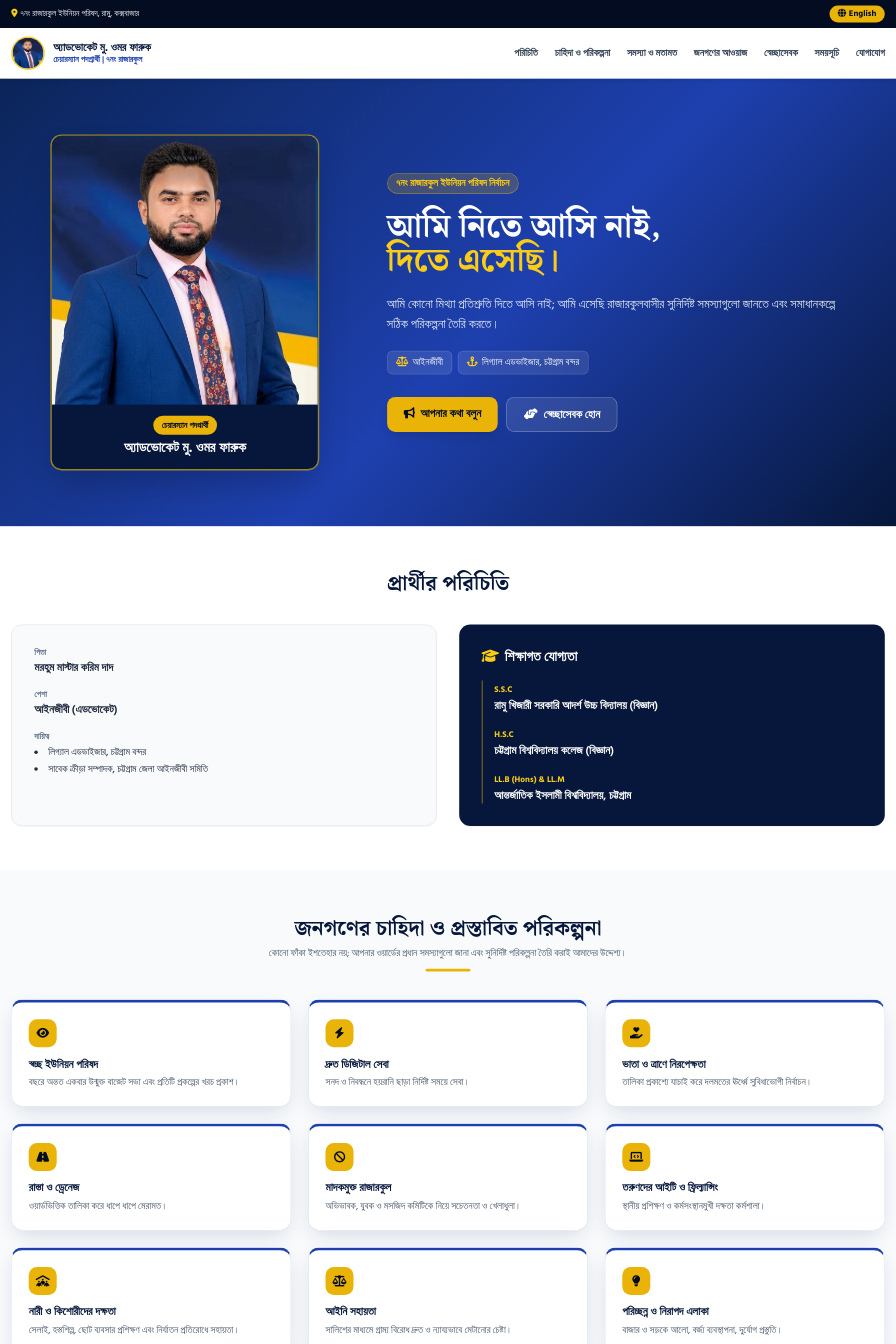
Repository: Saiful21Islam/Chairman-Candidate-Advocate-Md.-Omar-Faruk
Page: index.html
The author's editor kept a copy of each file at every save. The page is drawn from the files as they stood at one save, then again after the next save.
The browser window is 1280 px wide. The pictures show the part of the page from y = 0 to 1920 px (the page is 4353 px tall), at 70% of full size.
Some web libraries are served in a nearby version.

Above is the page before, as saved 2026-10-06 22:49:08.

### index.html
<!DOCTYPE html>
<html lang="bn" class="scroll-smooth">
<head>
  <meta charset="UTF-8">
  <meta name="viewport" content="width=device-width, initial-scale=1.0">
  <title>অ্যাডভোকেট মু. ওমর ফারুক | ৭নং রাজারকুল ইউনিয়ন পরিষদ</title>

  <!-- Tailwind CSS CDN -->
  <script src="https://cdn.tailwindcss.com"></script>
  <!-- Google Fonts -->
  <link href="https://fonts.googleapis.com/css2?family=Hind+Siliguri:wght@400;500;600;700&family=Noto+Serif+Bengali:wght@700;800&display=swap" rel="stylesheet">
  <!-- FontAwesome Icons -->
  <link rel="stylesheet" href="https://cdnjs.cloudflare.com/ajax/libs/font-awesome/6.4.0/css/all.min.css">

  <!-- Custom Style Sheet -->
  <link rel="stylesheet" href="style.css">

  <script>
    tailwind.config = {
      theme: {
        extend: {
          colors: {
            navy: { 800: '#0b2559', 900: '#06173b', 950: '#030c21' },
            royal: { 50: '#eff4ff', 100: '#dbe6ff', 600: '#1e40af', 700: '#1e3a8a' },
            gold: { 400: '#facc15', 500: '#eab308' }
          },
          fontFamily: {
            sans: ['Hind Siliguri', 'sans-serif'],
            serif: ['Noto Serif Bengali', 'serif']
          }
        }
      }
    }
  </script>
</head>
<body class="font-sans text-slate-800 antialiased bg-slate-50">

  <!-- Top Bar -->
  <div class="bg-navy-950 text-white text-xs py-2 px-4">
    <div class="max-w-7xl mx-auto flex justify-between items-center">
      <span><i class="fa-solid fa-location-dot text-gold-400 mr-1"></i><span data-bn="৭নং রাজারকুল ইউনিয়ন পরিষদ, রামু, কক্সবাজার" data-en="7 No. Rajarkul Union Parishad, Ramu, Cox's Bazar"></span></span>
      <button onclick="toggleLang()" class="bg-gold-500 hover:bg-gold-400 text-navy-950 font-bold px-3 py-1 rounded-full transition"><i class="fa-solid fa-globe mr-1"></i><span id="langLabel">English</span></button>
    </div>
  </div>

  <!-- Navigation Bar -->
  <header class="sticky top-0 z-40 bg-white/95 backdrop-blur shadow-md">
    <div class="container mx-auto px-4 py-3 flex justify-between items-center">
      <a href="#home" class="flex items-center gap-3">
        <img src="./image/profile.jpeg" alt="অ্যাডভোকেট মু. ওমর ফারুক" class="w-12 h-12 rounded-full object-cover object-top border-2 border-gold-400" onerror="this.src='https://via.placeholder.com/150'">
        <div>
          <p class="font-bold text-navy-900 leading-tight" data-bn="অ্যাডভোকেট মু. ওমর ফারুক" data-en="Advocate Md. Omar Faruk"></p>
          <p class="text-xs font-semibold text-royal-600" data-bn="চেয়ারম্যান পদপ্রার্থী | ৭নং রাজারকুল" data-en="Chairman Candidate | 7 No. Rajarkul"></p>
        </div>
      </a>
      <nav class="hidden lg:flex gap-6 text-sm font-semibold text-slate-700">
        <a href="#about" class="hover:text-royal-600" data-bn="পরিচিতি" data-en="About"></a>
        <a href="#manifesto" class="hover:text-royal-600" data-bn="চাহিদা ও পরিকল্পনা" data-en="Demands & Plan"></a>
        <a href="#citizen-portal" class="hover:text-royal-600" data-bn="সমস্যা ও মতামত" data-en="Your Voice"></a>
        <a href="#feed" class="hover:text-royal-600" data-bn="জনগণের আওয়াজ" data-en="Public Wall"></a>
        <a href="#volunteer" class="hover:text-royal-600" data-bn="স্বেচ্ছাসেবক" data-en="Volunteer"></a>
        <a href="#schedule" class="hover:text-royal-600" data-bn="সময়সূচি" data-en="Schedule"></a>
        <a href="#contact" class="hover:text-royal-600" data-bn="যোগাযোগ" data-en="Contact"></a>
      </nav>
      <button onclick="document.getElementById('mm').classList.toggle('hidden')" class="lg:hidden text-2xl" aria-label="Menu"><i class="fa-solid fa-bars"></i></button>
    </div>
    <div id="mm" class="hidden lg:hidden px-4 pb-4 space-y-2 font-semibold text-sm border-t bg-white" onclick="this.classList.add('hidden')">
      <a class="block pt-2" href="#about" data-bn="পরিচিতি" data-en="About"></a>
      <a class="block" href="#manifesto" data-bn="চাহিদা ও পরিকল্পনা" data-en="Demands & Plan"></a>
      <a class="block" href="#citizen-portal" data-bn="সমস্যা ও মতামত" data-en="Your Voice"></a>
      <a class="block" href="#feed" data-bn="জনগণের আওয়াজ" data-en="Public Wall"></a>
      <a class="block" href="#volunteer" data-bn="স্বেচ্ছাসেবক" data-en="Volunteer"></a>
      <a class="block" href="#schedule" data-bn="সময়সূচি" data-en="Schedule"></a>
      <a class="block" href="#contact" data-bn="যোগাযোগ" data-en="Contact"></a>
    </div>
  </header>

  <!-- HERO SECTION -->
  <section id="home" class="hero-bg text-white py-12 lg:py-20">
    <div class="container mx-auto px-4 grid lg:grid-cols-12 gap-10 items-center">
      <div class="lg:col-span-5 flex justify-center order-2 lg:order-1">
        <div class="w-full max-w-sm bg-navy-900 border-2 border-gold-400/60 rounded-2xl overflow-hidden shadow-2xl">
          <img src="./image/profile.jpeg" alt="অ্যাডভোকেট মু. ওমর ফারুক" class="w-full h-96 object-cover object-top" onerror="this.src='https://via.placeholder.com/400x500'">
          <div class="p-4 text-center">
            <span class="bg-gold-500 text-navy-950 text-xs font-bold px-3 py-1 rounded-full" data-bn="চেয়ারম্যান পদপ্রার্থী" data-en="Chairman Candidate"></span>
            <p class="text-xl font-bold pt-2" data-bn="অ্যাডভোকেট মু. ওমর ফারুক" data-en="Advocate Md. Omar Faruk"></p>
          </div>
        </div>
      </div>

      <div class="lg:col-span-7 space-y-6 text-center lg:text-left order-1 lg:order-2">
        <span class="inline-block bg-gold-500/20 text-gold-400 border border-gold-400/40 px-3 py-1 rounded-full text-sm font-semibold" data-bn="৭নং রাজারকুল ইউনিয়ন পরিষদ নির্বাচন" data-en="7 No. Rajarkul Union Parishad Election"></span>
        <h1 class="font-serif text-3xl sm:text-5xl font-extrabold leading-tight">
          <span data-bn="আমি নিতে আসি নাই," data-en="I haven't come to take,"></span><br>
          <span class="text-gold-400" data-bn="দিতে এসেছি।" data-en="I have come to give."></span>
        </h1>
        <p class="text-slate-200 max-w-2xl mx-auto lg:mx-0 text-base sm:text-lg leading-relaxed" data-bn="আমি কোনো মিথ্যা প্রতিশ্রুতি দিতে আসি নাই; আমি এসেছি রাজারকুলবাসীর সুনির্দিষ্ট সমস্যাগুলো জানতে এবং সমাধানকল্পে সঠিক পরিকল্পনা তৈরি করতে।" data-en="I am not here to give fake promises; I am here to understand the specific problems of Rajarkul and build a proper execution plan."></p>

        <div class="flex flex-wrap justify-center lg:justify-start gap-2 text-sm">
          <span class="bg-white/10 px-3 py-1.5 rounded-lg border border-white/15"><i class="fa-solid fa-scale-balanced text-gold-400 mr-1.5"></i><span data-bn="আইনজীবী" data-en="Advocate"></span></span>
          <span class="bg-white/10 px-3 py-1.5 rounded-lg border border-white/15"><i class="fa-solid fa-anchor text-gold-400 mr-1.5"></i><span data-bn="লিগ্যাল এডভাইজার, চট্টগ্রাম বন্দর" data-en="Legal Advisor, Chittagong Port"></span></span>
        </div>

        <div class="flex flex-wrap justify-center lg:justify-start gap-3 pt-2">
          <a href="#citizen-portal" class="bg-gold-500 hover:bg-gold-400 text-navy-950 font-bold px-6 py-3 rounded-xl shadow-lg transition"><i class="fa-solid fa-bullhorn mr-2"></i><span data-bn="আপনার কথা বলুন" data-en="Have Your Say"></span></a>
          <a href="#volunteer" class="bg-white/10 hover:bg-white/20 border border-white/30 font-semibold px-6 py-3 rounded-xl transition"><i class="fa-solid fa-hands-helping mr-2"></i><span data-bn="স্বেচ্ছাসেবক হোন" data-en="Volunteer"></span></a>
        </div>
      </div>
    </div>
  </section>

  <!-- ABOUT SECTION -->
  <section id="about" class="py-16 bg-white">
    <div class="container mx-auto px-4">
      <h2 class="text-center font-serif text-3xl font-extrabold text-navy-900 mb-10" data-bn="প্রার্থীর পরিচিতি" data-en="About the Candidate"></h2>
      <div class="grid lg:grid-cols-2 gap-8">
        <div class="bg-slate-50 border border-slate-200 rounded-2xl p-6 sm:p-8 shadow-sm space-y-5 text-sm">
          <div><span class="block text-xs font-bold text-slate-500" data-bn="পিতা" data-en="Father"></span><span class="font-semibold text-base" data-bn="মরহুম মাস্টার করিম দাদ" data-en="Late Master Karim Dad"></span></div>
          <div><span class="block text-xs font-bold text-slate-500" data-bn="পেশা" data-en="Profession"></span><span class="font-semibold text-base" data-bn="আইনজীবী (এডভোকেট)" data-en="Lawyer (Advocate)"></span></div>
          <div><span class="block text-xs font-bold text-slate-500" data-bn="দায়িত্ব" data-en="Roles"></span>
            <ul class="list-disc list-inside font-medium space-y-1 pt-1">
              <li data-bn="লিগ্যাল এডভাইজার, চট্টগ্রাম বন্দর" data-en="Legal Advisor, Chittagong Port"></li>
              <li data-bn="সাবেক ক্রীড়া সম্পাদক, চট্টগ্রাম জেলা আইনজীবী সমিতি" data-en="Former Sports Secretary, Chittagong District Bar Association"></li>
            </ul>
          </div>
        </div>
        <div class="bg-navy-900 text-white rounded-2xl p-6 sm:p-8 shadow-sm">
          <h3 class="text-xl font-bold mb-5"><i class="fa-solid fa-graduation-cap text-gold-400 mr-2"></i><span data-bn="শিক্ষাগত যোগ্যতা" data-en="Education"></span></h3>
          <div class="space-y-4 border-l-2 border-gold-500/40 pl-4">
            <div><span class="text-xs text-gold-400 font-bold">S.S.C</span><p class="font-semibold" data-bn="রামু খিজারী সরকারি আদর্শ উচ্চ বিদ্যালয় (বিজ্ঞান)" data-en="Ramu Khizari Govt. Model High School (Science)"></p></div>
            <div><span class="text-xs text-gold-400 font-bold">H.S.C</span><p class="font-semibold" data-bn="চট্টগ্রাম বিশ্ববিদ্যালয় কলেজ (বিজ্ঞান)" data-en="Chittagong University College (Science)"></p></div>
            <div><span class="text-xs text-gold-400 font-bold">LL.B (Hons) & LL.M</span><p class="font-semibold" data-bn="আন্তর্জাতিক ইসলামী বিশ্ববিদ্যালয়, চট্টগ্রাম" data-en="International Islamic University Chittagong"></p></div>
          </div>
        </div>
      </div>
    </div>
  </section>

  <!-- MANIFESTO SECTION -->
  <section id="manifesto" class="py-16 bg-slate-50">
    <div class="container mx-auto px-4">
      <div class="text-center max-w-3xl mx-auto mb-10">
        <h2 class="font-serif text-3xl font-extrabold text-navy-900" data-bn="জনগণের চাহিদা ও প্রস্তাবিত পরিকল্পনা" data-en="Citizen Demands & Proposed Plan"></h2>
        <p class="text-slate-600 text-sm mt-2" data-bn="কোনো ফাঁকা ইশতেহার নয়; আপনার ওয়ার্ডের প্রধান সমস্যাগুলো জানা এবং সুনির্দিষ্ট পরিকল্পনা তৈরি করাই আমাদের উদ্দেশ্য।" data-en="No empty manifesto; our goal is to identify specific ward issues and build realistic plans."></p>
        <div class="w-16 h-1 bg-gold-500 mx-auto mt-3 rounded-full"></div>
      </div>
      <div id="ideas" class="grid md:grid-cols-2 lg:grid-cols-3 gap-6"></div>
      <div class="text-center mt-10"><a href="#citizen-portal" class="bg-navy-900 hover:bg-royal-700 text-white font-semibold px-6 py-3 rounded-xl shadow-md transition inline-block"><i class="fa-solid fa-pen-to-square text-gold-400 mr-2"></i><span data-bn="আপনার এলাকা সম্পর্কে বলুন" data-en="Tell Us About Your Ward"></span></a></div>
    </div>
  </section>

  <!-- CITIZEN PORTAL SECTION -->
  <section id="citizen-portal" class="py-16 bg-white">
    <div class="container mx-auto px-4">
      <div class="text-center max-w-3xl mx-auto mb-10">
        <h2 class="font-serif text-3xl font-extrabold text-navy-900" data-bn="জনগণের প্রত্যাশা ও পরামর্শ পোর্টাল" data-en="Citizens' Expectations & Suggestions Portal"></h2>
        <p class="text-slate-600 text-sm mt-2" data-bn="আপনার ওয়ার্ডের সমস্যা বা পরামর্শ লিখুন। মোবাইল নম্বর প্রকাশ করা হবে না।" data-en="Write your area's issue or suggestion. Mobile number will remain private."></p>
        <div class="w-16 h-1 bg-gold-500 mx-auto mt-3 rounded-full"></div>
      </div>

      <form id="issueForm" class="max-w-3xl mx-auto bg-white rounded-3xl p-6 sm:p-10 border border-slate-200 shadow-lg space-y-5">
        <div class="grid sm:grid-cols-2 gap-5">
          <label class="block text-xs font-bold text-slate-700">
            <span data-bn="আপনার নাম *" data-en="Your Name *"></span>
            <input id="iName" required class="mt-1 w-full px-4 py-3 rounded-xl border border-slate-300 text-sm font-normal focus:outline-none focus:border-royal-600">
          </label>
          <label class="block text-xs font-bold text-slate-700">
            <span data-bn="ওয়ার্ড নম্বর (১-৯) *" data-en="Ward No. (1-9) *"></span>
            <select id="iWard" required class="mt-1 w-full px-4 py-3 rounded-xl border border-slate-300 text-sm font-normal bg-white focus:outline-none focus:border-royal-600"></select>
          </label>
          <label class="block text-xs font-bold text-slate-700">
            <span data-bn="মোবাইল নম্বর (১১ ডিজিট) *" data-en="Mobile (11 Digits) *"></span>
            <input id="iPhone" type="tel" inputmode="tel" required placeholder="01869913211" class="mt-1 w-full px-4 py-3 rounded-xl border border-slate-300 text-sm font-normal focus:outline-none focus:border-royal-600">
          </label>
          <label class="block text-xs font-bold text-slate-700">
            <span data-bn="ইমেইল ঠিকানা (ঐচ্ছিক)" data-en="Email Address (Optional)"></span>
            <input id="iEmail" type="email" placeholder="example@gmail.com" class="mt-1 w-full px-4 py-3 rounded-xl border border-slate-300 text-sm font-normal focus:outline-none focus:border-royal-600">
          </label>
        </div>

        <label class="block text-xs font-bold text-slate-700">
          <span data-bn="বিষয় / সমস্যা *" data-en="Topic / Category *"></span>
          <select id="iCat" required class="mt-1 w-full px-4 py-3 rounded-xl border border-slate-300 text-sm font-normal bg-white focus:outline-none focus:border-royal-600"></select>
        </label>

        <label class="block text-xs font-bold text-slate-700">
          <span data-bn="সমস্যার শিরোনাম *" data-en="Title *"></span>
          <input id="iTitle" required placeholder="সংক্ষেপে প্রধান সমস্যাটি লিখুন" class="mt-1 w-full px-4 py-3 rounded-xl border border-slate-300 text-sm font-normal focus:outline-none focus:border-royal-600">
        </label>

        <label class="block text-xs font-bold text-slate-700">
          <span data-bn="বিস্তারিত ব্যাখ্যা *" data-en="Details *"></span>
          <textarea id="iDesc" rows="4" required placeholder="আপনার এলাকার সুনির্দিষ্ট সমস্যাটি বিস্তারিতভাবে লিখুন..." class="mt-1 w-full px-4 py-3 rounded-xl border border-slate-300 text-sm font-normal focus:outline-none focus:border-royal-600"></textarea>
        </label>

        <div class="flex flex-col sm:flex-row gap-3">
          <button type="button" onclick="openPreview()" class="sm:w-1/2 bg-slate-100 hover:bg-slate-200 font-bold py-3.5 rounded-xl border border-slate-300 transition"><i class="fa-solid fa-eye text-royal-600 mr-2"></i><span data-bn="প্রিভিউ দেখুন" data-en="Preview"></span></button>
          <button type="submit" class="sm:w-1/2 bg-navy-900 hover:bg-royal-700 text-white font-bold py-3.5 rounded-xl shadow-lg transition"><i class="fa-solid fa-paper-plane text-gold-400 mr-2"></i><span data-bn="জমা দিন" data-en="Submit"></span></button>
        </div>
        <p id="iMsg" class="text-sm font-semibold min-h-[1.5em]" role="status"></p>
      </form>
    </div>
  </section>

  <!-- FEED SECTION -->
  <section id="feed" class="py-16 bg-slate-100">
    <div class="container mx-auto px-4">
      <div class="flex flex-col md:flex-row justify-between items-center mb-8 gap-3">
        <h2 class="font-serif text-2xl font-extrabold text-navy-900" data-bn="জনগণের আওয়াজ" data-en="Public Voice"></h2>
        <span class="bg-white border border-slate-200 px-3 py-1.5 rounded-lg text-xs font-semibold text-royal-700"><span id="cnt">0</span> <span data-bn="টি মতামত" data-en="posts"></span></span>
      </div>
      <div id="feedBox" class="grid md:grid-cols-2 lg:grid-cols-3 gap-6"></div>
    </div>
  </section>

  <!-- VOLUNTEER SECTION -->
  <section id="volunteer" class="py-16 bg-white">
    <div class="container mx-auto px-4 max-w-3xl">
      <div class="text-center mb-8">
        <h2 class="font-serif text-3xl font-extrabold text-navy-900" data-bn="আমাদের সঙ্গে যুক্ত হোন" data-en="Join Our Team"></h2>
        <p class="text-slate-600 text-sm mt-2" data-bn="প্রচার ও ভোটকেন্দ্র ব্যবস্থাপনায় স্বেচ্ছাসেবক হিসেবে নাম লিখুন।" data-en="Sign up as a volunteer for campaigning and polling-centre support."></p>
      </div>
      <form id="volForm" class="bg-slate-50 rounded-3xl p-6 sm:p-8 border border-slate-200 shadow-sm grid sm:grid-cols-3 gap-4">
        <input id="vName" required placeholder="আপনার নাম" class="px-4 py-3 rounded-xl border border-slate-300 text-sm">
        <input id="vPhone" type="tel" inputmode="tel" required placeholder="মোবাইল নম্বর" class="px-4 py-3 rounded-xl border border-slate-300 text-sm">
        <select id="vWard" required class="px-4 py-3 rounded-xl border border-slate-300 text-sm bg-white"></select>
        <button type="submit" class="sm:col-span-3 bg-green-600 hover:bg-green-700 text-white font-bold py-3.5 rounded-xl transition"><i class="fa-brands fa-whatsapp mr-2"></i><span data-bn="WhatsApp-এ নাম পাঠান" data-en="Send via WhatsApp"></span></button>
      </form>
    </div>
  </section>

  <!-- SCHEDULE SECTION -->
  <section id="schedule" class="py-16 bg-slate-50">
    <div class="container mx-auto px-4 max-w-3xl">
      <h2 class="text-center font-serif text-3xl font-extrabold text-navy-900 mb-8" data-bn="ওয়ার্ডভিত্তিক মতবিনিময় ও উঠান বৈঠক" data-en="Ward-wise Meetings"></h2>
      <div class="bg-white rounded-2xl border border-slate-200 shadow-sm overflow-x-auto">
        <table class="w-full text-sm text-left">
          <thead class="bg-navy-900 text-white">
            <tr>
              <th class="p-3" data-bn="ওয়ার্ড" data-en="Ward"></th>
              <th class="p-3" data-bn="তারিখ" data-en="Date"></th>
              <th class="p-3" data-bn="সময়" data-en="Time"></th>
              <th class="p-3" data-bn="স্থান" data-en="Place"></th>
            </tr>
          </thead>
          <tbody id="schBody"></tbody>
        </table>
      </div>
    </div>
  </section>

  <!-- FOOTER -->
  <footer id="contact" class="bg-navy-900 text-white py-14">
    <div class="container mx-auto px-4 grid lg:grid-cols-2 gap-8">
      <div class="space-y-3">
        <h3 class="text-xl font-bold" data-bn="অ্যাডভোকেট মু. ওমর ফারুক" data-en="Advocate Md. Omar Faruk"></h3>
        <p class="text-sm text-slate-300 max-w-lg" data-bn="ভোটার তালিকা, ভোটকেন্দ্র ও দিকনির্দেশনার জন্য যোগাযোগ করুন।" data-en="Contact us for voter list, polling centre and directions."></p>
        <p class="text-sm"><i class="fa-solid fa-location-dot text-gold-400 mr-2"></i><span id="fOffice">৭নং রাজারকুল ইউনিয়ন পরিষদ, রামু, কক্সবাজার</span></p>
        <p class="text-sm"><i class="fa-solid fa-phone text-gold-400 mr-2"></i><span id="fPhone">01869913211</span></p>
        <p class="text-sm"><i class="fa-solid fa-envelope text-gold-400 mr-2"></i><span id="fMail">info@smartrajarkul.com</span></p>
      </div>
      <div class="flex gap-3 lg:justify-end items-start">
        <a id="fFb" href="#" aria-label="Facebook" class="w-11 h-11 rounded-xl bg-white/10 hover:bg-gold-500 hover:text-navy-950 flex items-center justify-center text-lg transition"><i class="fa-brands fa-facebook-f"></i></a>
        <a id="fWa" href="#" aria-label="WhatsApp" class="w-11 h-11 rounded-xl bg-white/10 hover:bg-gold-500 hover:text-navy-950 flex items-center justify-center text-lg transition"><i class="fa-brands fa-whatsapp"></i></a>
      </div>
    </div>
    <div class="container mx-auto px-4 border-t border-white/10 mt-10 pt-5 text-xs text-slate-400 flex flex-col sm:flex-row justify-between gap-2">
      <p data-bn="© ২০২৬ অ্যাডভোকেট মু. ওমর ফারুক নির্বাচন ক্যাম্পেইন" data-en="© 2026 Adv. Md. Omar Faruk Election Campaign"></p>
      <p class="text-gold-400" data-bn="ডেভেলপমেন্ট বাই সাইফুল ইসলাম" data-en="Developed by Saiful Islam"></p>
    </div>
  </footer>

  <!-- PREVIEW MODAL -->
  <div id="pm" class="hidden fixed inset-0 z-50 bg-slate-900/70 backdrop-blur-sm flex items-center justify-center p-4">
    <div class="bg-white w-full max-w-lg rounded-3xl overflow-hidden shadow-2xl">
      <div class="bg-navy-900 text-white px-6 py-4 font-bold flex justify-between items-center">
        <span><i class="fa-solid fa-eye text-gold-400 mr-2"></i>পোস্ট প্রিভিউ</span>
        <button onclick="closePreview()" class="text-slate-400 hover:text-white"><i class="fa-solid fa-xmark text-lg"></i></button>
      </div>
      <div class="p-6 space-y-3 text-sm">
        <p><b id="pN"></b> · <span id="pW" class="text-royal-600 font-semibold"></span></p>
        <p class="text-xs bg-slate-100 text-slate-600 px-2 py-1 rounded inline-block font-semibold" id="pC"></p>
        <p class="font-bold text-base text-navy-900" id="pT"></p>
        <p class="whitespace-pre-line text-slate-700 bg-slate-50 p-3 rounded-xl border border-slate-200" id="pD"></p>
      </div>
      <div class="bg-slate-100 px-6 py-4 flex justify-end gap-3">
        <button onclick="closePreview()" class="px-4 py-2 rounded-xl bg-slate-200 font-semibold text-xs hover:bg-slate-300">সম্পাদনা</button>
        <button onclick="closePreview(); submitIssue()" class="px-5 py-2 rounded-xl bg-navy-900 text-white font-semibold text-xs hover:bg-royal-700">চূড়ান্ত জমা</button>
      </div>
    </div>
  </div>

  <!-- External Script -->
  <script src="script.js"></script>
</body>
</html>

### style.css
body {
  background: #f8fafc;
}

.hero-bg {
  background: linear-gradient(135deg, #0b2559 0%, #1e40af 55%, #06173b 100%);
}

.shadow-soft {
  box-shadow: 0 10px 30px -8px rgba(11, 37, 89, 0.18);
}

:focus-visible {
  outline: 3px solid #facc15;
  outline-offset: 2px;
}

@media (prefers-reduced-motion: reduce) {
  html {
    scroll-behavior: auto !important;
  }
}

Loaded but not shown: script.js (149 lines, source omitted)

After the next save:
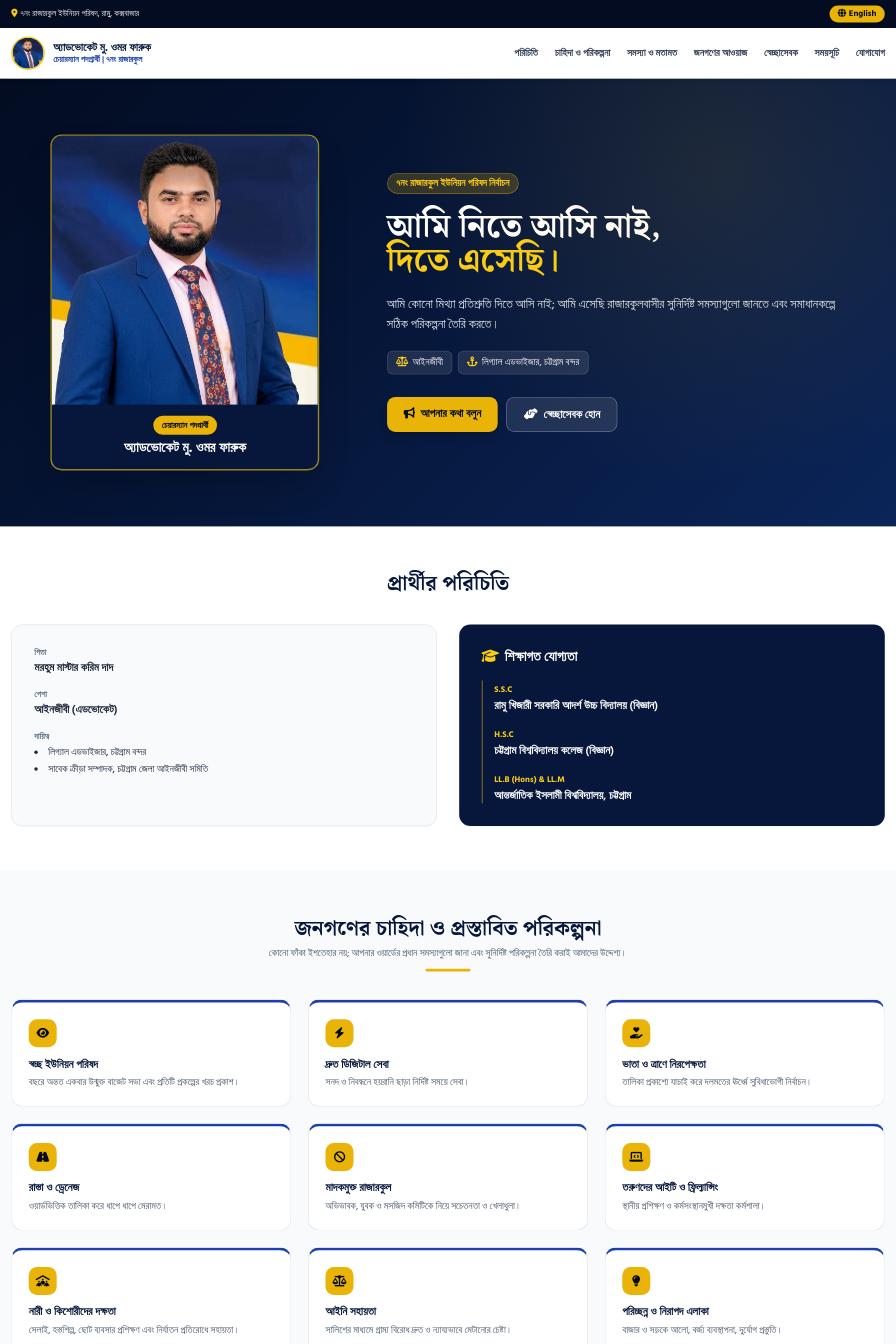
Saved 12 s later.
--- a/style.css
+++ b/style.css
@@ -1,22 +1,47 @@
-body {
-  background: #f8fafc;
+/* Custom CSS styling for Smart Rajarkul */
+
+.hero-bg {
+  background: linear-gradient(135deg, #030c21 0%, #06173b 50%, #0b2559 100%);
+  position: relative;
 }
 
-.hero-bg {
-  background: linear-gradient(135deg, #0b2559 0%, #1e40af 55%, #06173b 100%);
+.hero-bg::before {
+  content: '';
+  position: absolute;
+  top: 0;
+  left: 0;
+  right: 0;
+  bottom: 0;
+  background: radial-gradient(circle at 80% 20%, rgba(234, 179, 8, 0.1) 0%, transparent 40%);
+  pointer-events: none;
 }
 
-.shadow-soft {
-  box-shadow: 0 10px 30px -8px rgba(11, 37, 89, 0.18);
+/* Glassmorphism effects */
+.glass-card {
+  background: rgba(255, 255, 255, 0.05);
+  backdrop-filter: blur(10px);
+  border: 1px solid rgba(255, 255, 255, 0.1);
 }
 
-:focus-visible {
-  outline: 3px solid #facc15;
-  outline-offset: 2px;
+/* Smooth Scrolling */
+html {
+  scroll-behavior: smooth;
 }
 
-@media (prefers-reduced-motion: reduce) {
-  html {
-    scroll-behavior: auto !important;
-  }
+/* Custom Scrollbar */
+::-webkit-scrollbar {
+  width: 8px;
 }
+
+::-webkit-scrollbar-track {
+  background: #06173b;
+}
+
+::-webkit-scrollbar-thumb {
+  background: #eab308;
+  border-radius: 4px;
+}
+
+::-webkit-scrollbar-thumb:hover {
+  background: #facc15;
+}
